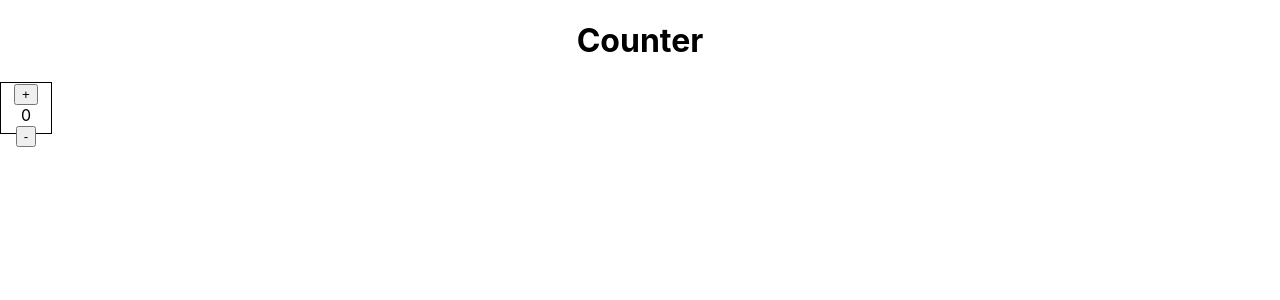
Repository: vsangavi/Redux-Counter
Page: /
The author's editor kept a copy of each file at every save. The page is drawn from the files as they stood at one save, then again after the next save.
The browser window is 1280 px wide. The pictures show the whole page.
The project was rebuilt for these pictures with package versions that can differ from the ones it lists, and the page was loaded fresh each time.

Above is the page before, as saved 2020-10-02 16:44:14.

After the next save:
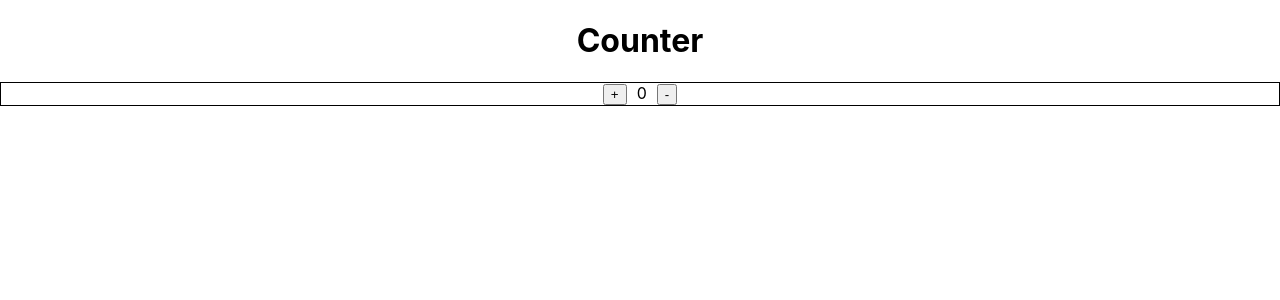
Saved 9 s later.
--- a/src/App.css
+++ b/src/App.css
@@ -5,7 +5,6 @@ span {
   margin: 10px 10px;
 }
 .outerDiv {
-  height: 50px;
-  width:50px;
+
   border: 1px solid;
 }
